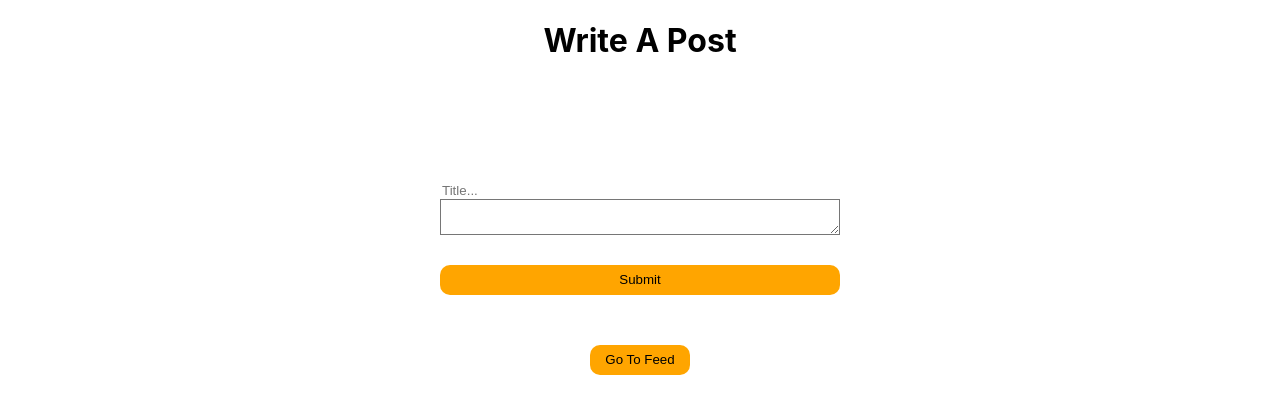
Repository: shaelorch/comp-week4
Page: /addPosts
These files come from the project's save history. The page is drawn as it stood at one moment and after the next save; the edit follows.
The browser window is 1280 px wide. The pictures show the whole page.
The project was rebuilt for these pictures with package versions that can differ from the ones it lists, and the page was loaded fresh each time. The framework's server and built-in components were replaced by stand-ins that run in the browser. Also part of the build but not shown: next.config.js.

Above is the page before, as saved 2023-01-31 23:25:22.

After the next save:
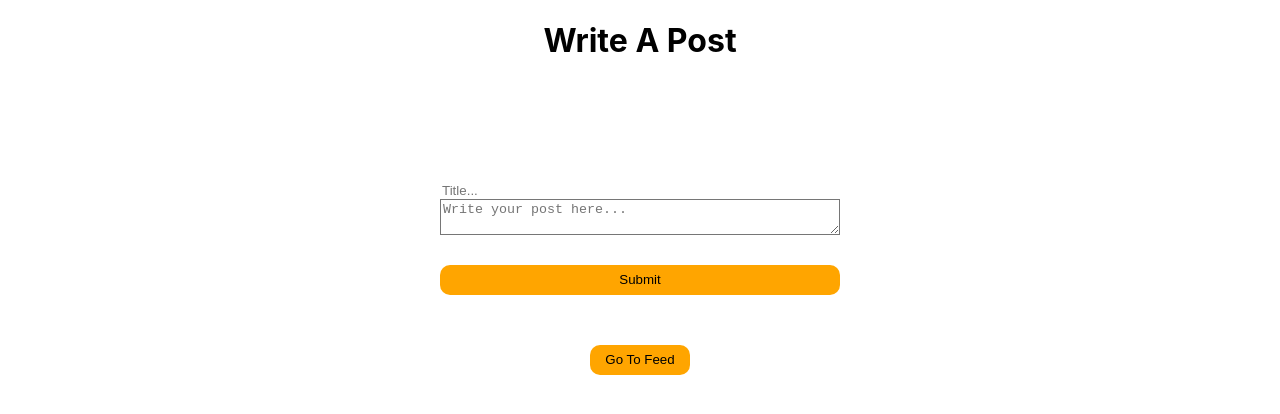
Saved 16 s later.
--- a/pages/addPosts.js
+++ b/pages/addPosts.js
@@ -17,7 +17,7 @@ export default function Home({posts}) {
 
         <form onSubmit={handleSubmit} style={{display: "flex", flexDirection: "column", width:400}}>
           <input placeholder="Title..." style={{backgroundColor:'white', color:'black',marginTop:100, border:'transparent'}} type="text" value={title} onChange={(e) => setTitle(e.target.value)} />
-          <textarea style={{color:'black',backgroundColor:'white'}} value={content} onChange={(e) => setContent(e.target.value)} />
+          <textarea placeholder='Write your post here...' style={{color:'black',backgroundColor:'white'}} value={content} onChange={(e) => setContent(e.target.value)} />
 
 
             <button style={{backgroundColor:'orange', borderRadius:10, border:'transparent', height:30, marginTop:30}} type="submit">Submit</button>
